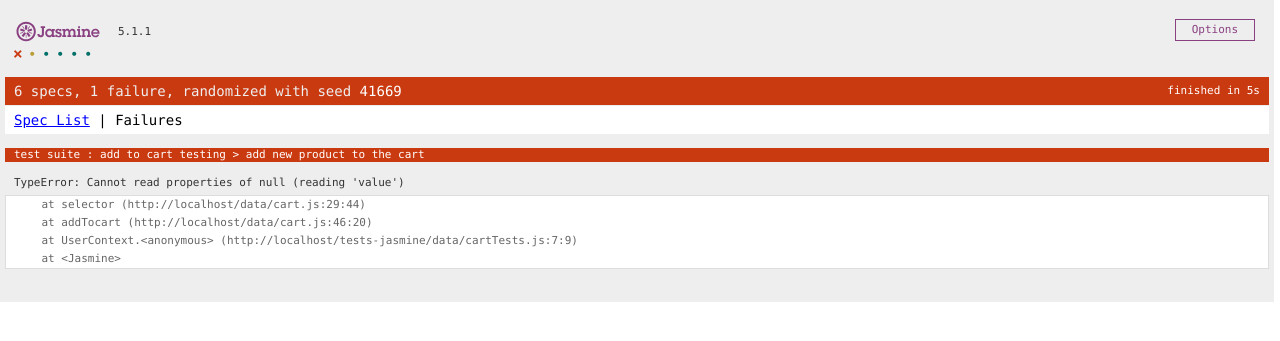
Repository: Gaurav124937/Javascirpt-amazon-clone
Page: tests-jasmine/tests.html
An editor plug-in stored every save of this project. The page is shown before and after the next save, followed by the edit.
The browser window is 1280 px wide. The pictures show the whole page.

Above is the page before, as saved 2026-10-14 20:32:08.

After the next save:
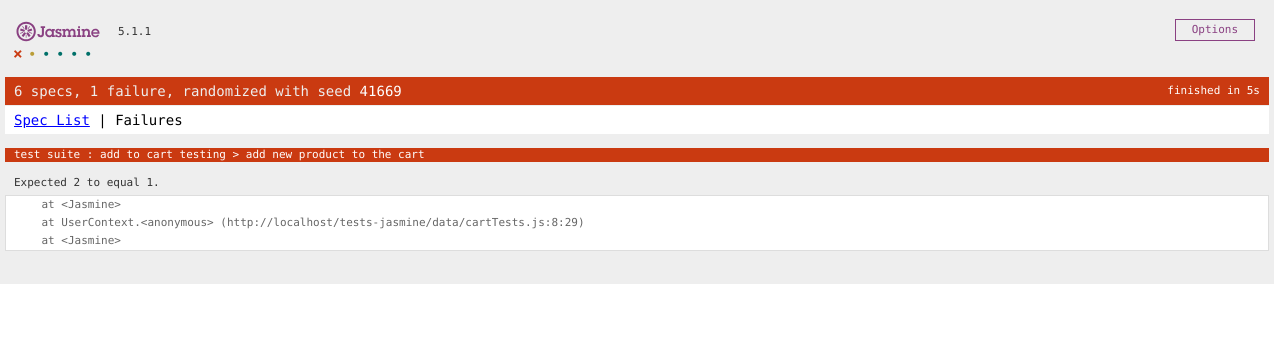
Saved 14 min 6 s later.
--- a/data/cart.js
+++ b/data/cart.js
@@ -1,4 +1,6 @@
-export let cart = JSON.parse(localStorage.getItem("cart"));
+export let cart;
+export function loadFromStorage(){
+  cart = JSON.parse(localStorage.getItem("cart"));
 
 if (!cart) {
   cart = [
@@ -14,6 +16,9 @@
     },
   ];
 }
+}
+
+loadFromStorage();
 //added since it belongs to cart
 
 function saveToStorage() {
@@ -26,8 +31,12 @@
     `.js-quantity-selector-${productId}`,
   );
 
+  if (!quantitySelector) {
+    return 0;
+  }
+
   const quantity = Number(quantitySelector.value);
-  if (quantity) {
+  if (Number.isInteger(quantity) && quantity > 0) {
     return quantity;
   } else {
     return 0;
@@ -44,7 +53,7 @@
 
   //calling selector function
   const quantity = selector(productId);
-  if (!0) {
+  if (quantity > 0) {
     if (matchingItem) {
       matchingItem.quantity += quantity;
     } else {
